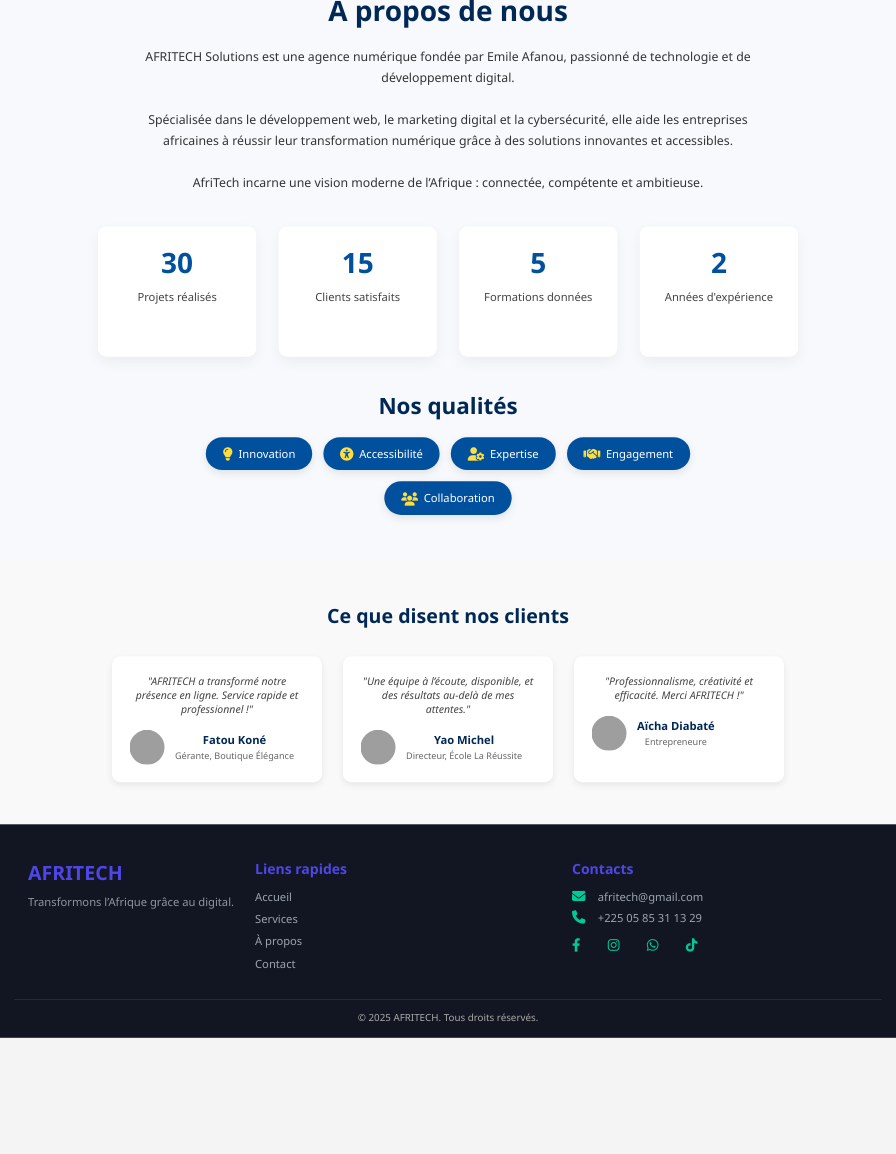
Repository: prestige225/AFRITECH
Page: index.html
An editor plug-in stored every save of this project. The page is shown before and after the next save, followed by the edit.
The browser window is 1280 px wide. The pictures show the part of the page from y = 1352 to 3272 px (the page is 3000 px tall before and 3272 px after), at 70% of full size.
Pictures or frames that could not be fetched are drawn as grey boxes.

Above is the page before, as saved 2025-07-26 01:59:43.
Console error: TypeError: Cannot read properties of null (reading 'addEventListener')

After the next save:
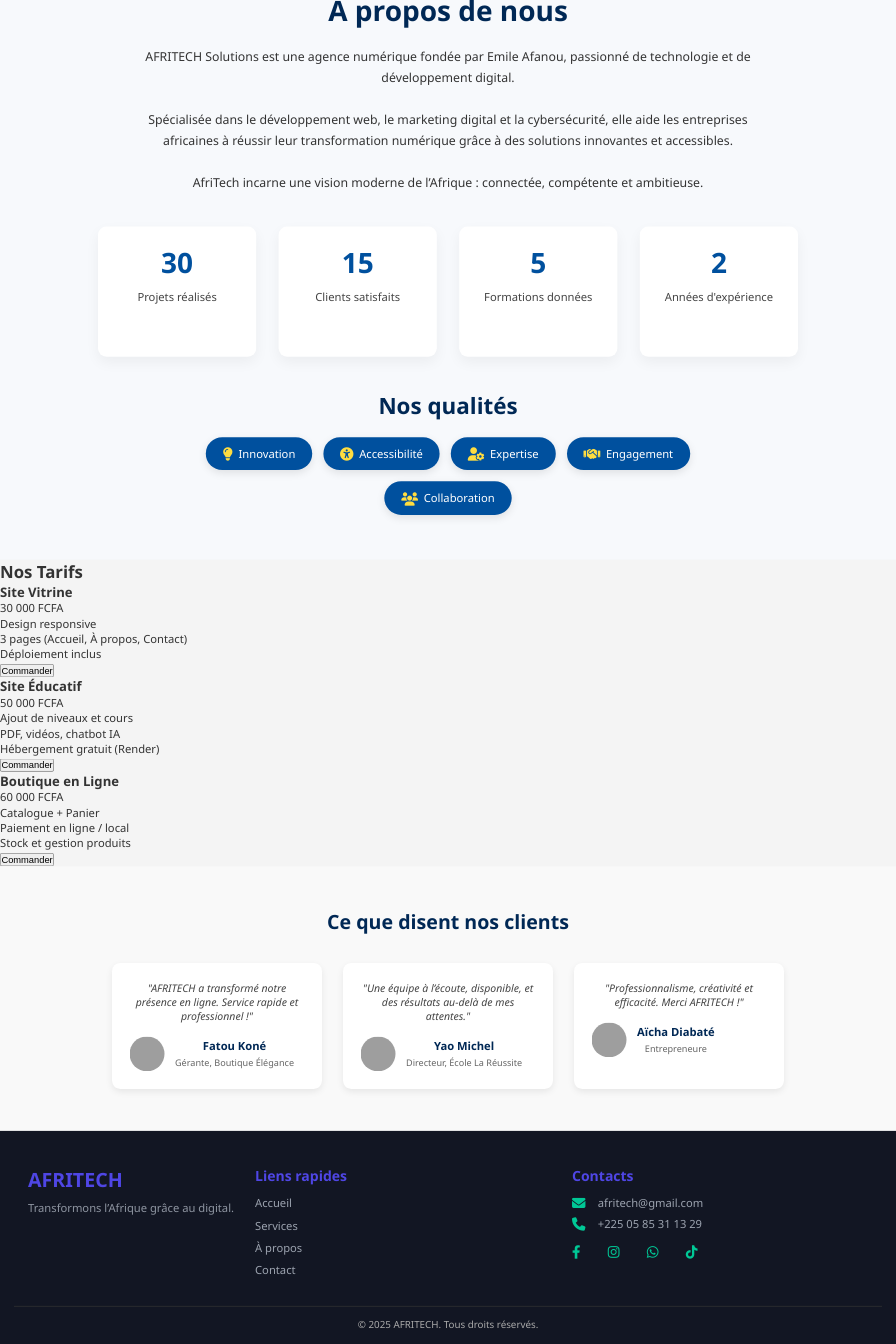
Saved 35 h 4 min later.
--- a/index.html
+++ b/index.html
@@ -162,6 +162,48 @@
   </div>
 </div>
 </section>
+
+
+<section class="pricing-section">
+  <h2 class="section-title">Nos Tarifs</h2>
+  <div class="pricing-cards">
+
+    <div class="card">
+      <h3>Site Vitrine</h3>
+      <p class="price">30 000 FCFA</p>
+      <ul>
+        <li>Design responsive</li>
+        <li>3 pages (Accueil, À propos, Contact)</li>
+        <li>Déploiement inclus</li>
+      </ul>
+      <button>Commander</button>
+    </div>
+
+    <div class="card highlight">
+      <h3>Site Éducatif</h3>
+      <p class="price">50 000 FCFA</p>
+      <ul>
+        <li>Ajout de niveaux et cours</li>
+        <li>PDF, vidéos, chatbot IA</li>
+        <li>Hébergement gratuit (Render)</li>
+      </ul>
+      <button>Commander</button>
+    </div>
+
+    <div class="card">
+      <h3>Boutique en Ligne</h3>
+      <p class="price">60 000 FCFA</p>
+      <ul>
+        <li>Catalogue + Panier</li>
+        <li>Paiement en ligne / local</li>
+        <li>Stock et gestion produits</li>
+      </ul>
+      <button>Commander</button>
+    </div>
+
+  </div>
+</section>
+
 
 
 <section id="temoignages" class="temoignages-section">
